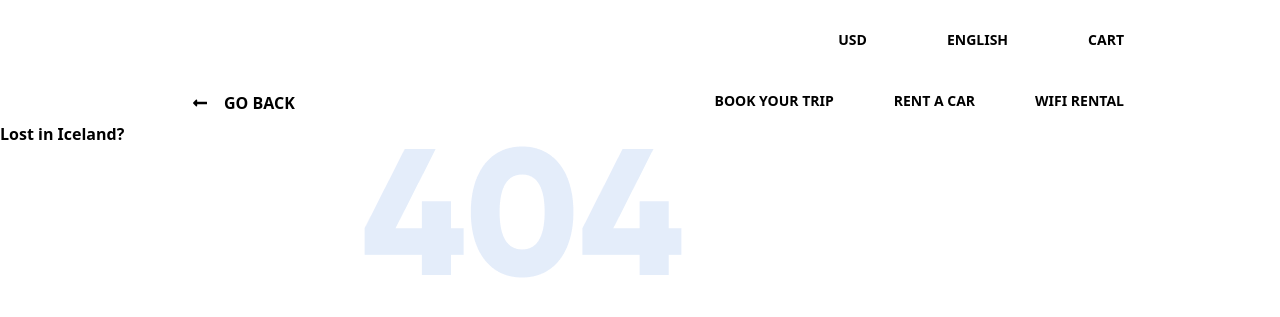
Repository: uh-sman/Iceland
Page: /
These files come from the project's save history. The page is drawn as it stood at one moment and after the next save; the edit follows.
The browser window is 1280 px wide. The pictures show the whole page.
The project was rebuilt for these pictures with package versions that can differ from the ones it lists, and the page was loaded fresh each time.

Above is the page before, as saved 2022-09-08 21:28:08.

### src/App.js
import logo from "./logo.svg";
import "./App.css";
import { Topnav } from "./components/Topnav";
import { FullNav } from "./components/FullNav";

function App() {
  return (
    <div className="App">
      <FullNav />
    </div>
  );
}

export default App;

### src/components/Topnav.js
import React from "react";

export const Topnav = () => {
  return (
    <div className="container w-full py-[30px]">
      <nav className="absolute right-[156px]">
        <ul className="space-x-20 text-sm font-semibold">
          <a href="">USD</a>
          <a href="">ENGLISH</a>
          <a href="">CART</a>
        </ul>
      </nav>
    </div>
  );
};

### src/components/FullNav.jsx
import React from "react";
import { Bottomnav } from "./Bottomnav";
import { Hero } from "./Hero";
import { Topnav } from "./Topnav";

export const FullNav = () => {
  return (
    <div>
      <Topnav />
      <Bottomnav />
      <Hero />
    </div>
  );
};

### src/components/Bottomnav.js
import React from "react";
import { FaLongArrowAltLeft } from "react-icons/fa";
export const Bottomnav = () => {
  return (
    <nav className="container w-full">
      <div className="py-[31px]">
        <div className="container">
          <h1 className="flex items-center gap-4 absolute left-[192px]">
            <FaLongArrowAltLeft />
            <a className=" cursor-pointer font-semibold text-md">GO BACK</a>
          </h1>
        </div>
        <div className="container">
          <div className="absolute right-[156px]">
            <ul className="space-x-[60px] text-sm font-semibold cursor-pointer">
              <a>BOOK YOUR TRIP</a>
              <a>RENT A CAR</a>
              <a>WIFI RENTAL</a>
            </ul>
          </div>
        </div>
      </div>
    </nav>
  );
};

### src/components/Hero.js
import React from "react";
import four from "../Assets/404.png";
export const Hero = () => {
  return (
    <div>
      <div>
        <img src={four} className="absolute left-[364px] top-[146px]" />
      </div>
      <div>
        <h1 className="font-bold">Lost in Iceland?</h1>
      </div>
    </div>
  );
};

### tailwind.config.js
/** @type {import('tailwindcss').Config} */
module.exports = {
  content: ["./src/**/*.{html,js,jsx}"],
  theme: {
    screens: {
      sm: "480px",
      md: "768px",
      lg: "976px",
      xl: "1440px",
    },
    extend: {},
  },
  plugins: [],
};

Loaded but not shown: public/index.html (common file); src/index.js (common file); src/index.css (common file); src/App.css (common file)

After the next save:
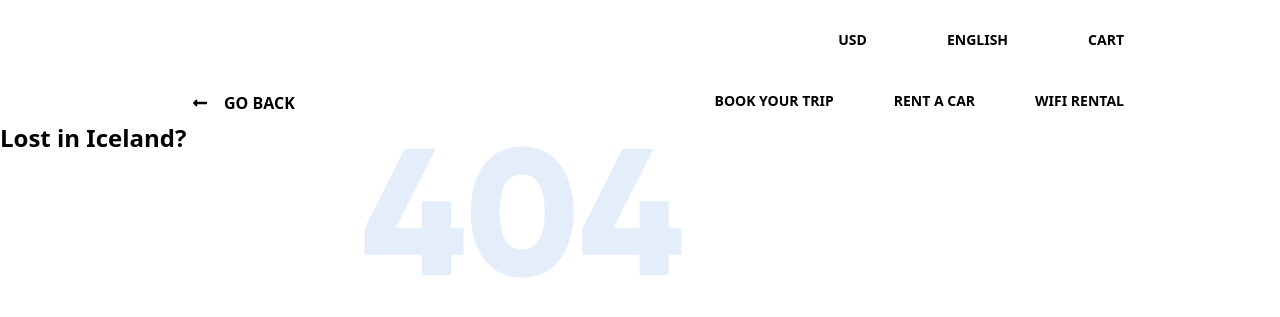
Saved 6 s later.
--- a/src/components/Hero.js
+++ b/src/components/Hero.js
@@ -7,7 +7,7 @@ export const Hero = () => {
         <img src={four} className="absolute left-[364px] top-[146px]" />
       </div>
       <div>
-        <h1 className="font-bold">Lost in Iceland?</h1>
+        <h1 className="font-bold text-2xl">Lost in Iceland?</h1>
       </div>
     </div>
   );
